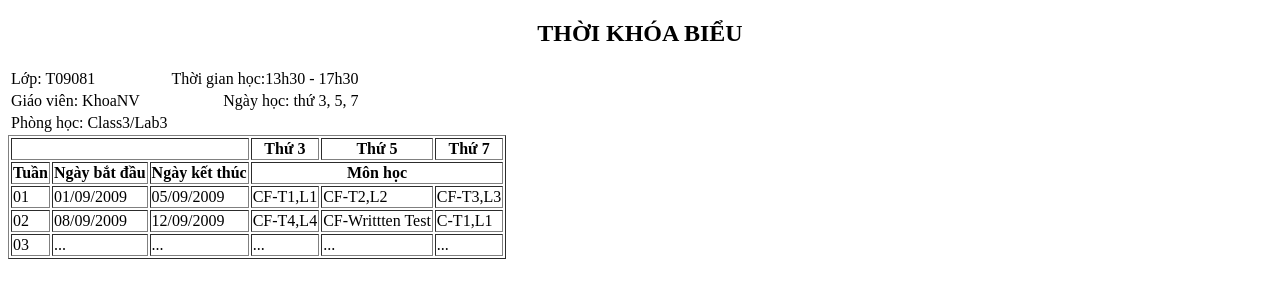
Repository: Lehuyhuynh/BT1-HTML
Page: index.html
An editor plug-in stored every save of this project. The page is shown before and after the next save, followed by the edit.
The browser window is 1280 px wide. The pictures show the whole page.

Above is the page before, as saved 2023-08-06 21:39:22.

### index.html
<!DOCTYPE html>
<html lang="en">
<head>
  <meta charset="UTF-8">
  <meta name="viewport" content="width=device-width, initial-scale=1.0">
  <title>THỜI KHÓA BIỂU</title>

  <style>

    h2{
      text-align: center;
    }
    #table1{
      text-align: center;
    }

  </style>

</head>
<body>

  <div >

    <div>
      <h2> THỜI KHÓA BIỂU</h2>
    </div>

    <div>
      <table id="table1">
          <tr>
              <td align="left">Lớp: T09081</td>
              <td align="right">Thời gian học:13h30 - 17h30</td>
          </tr>
          <tr>
              <td align="left">Giáo viên: KhoaNV</td>
              <td align="right">Ngày học: thứ 3, 5, 7 </td>
          </tr>
          <tr>
              <td align="left">Phòng học: Class3/Lab3</td>
          </tr>
      </table>
  </div>

    <div class="table2">
      <table border="1">
        <thead>

          <tr>
            <th colspan="3"></th>
            <th>Thứ 3</th>
            <th>Thứ 5</th>
            <th>Thứ 7</th>
          </tr>

          <tr>
            <th>Tuần</th>
            <th>Ngày bắt đầu</th>
            <th>Ngày kết thúc</th>
            <th colspan="3">Môn học</th>
          </tr>

        </thead>

        <tr>
          <td>01</td>
          <td>01/09/2009</td>
          <td>05/09/2009</td>
          <td>CF-T1,L1</td>
          <td>CF-T2,L2</td>
          <td>CF-T3,L3</td>
        </tr>

        <tr>
          <td>02</td>
          <td>08/09/2009</td>
          <td>12/09/2009</td>
          <td>CF-T4,L4</td>
          <td>CF-Writtten Test</td>
          <td>C-T1,L1</td>
        </tr>

        <tr>
          <td>03</td>
          <td>...</td>
          <td>...</td>
          <td>...</td>
          <td>...</td>
          <td>...</td>
        </tr>

      </table>
    </div>


  </div>

</body>
</html>

After the next save:
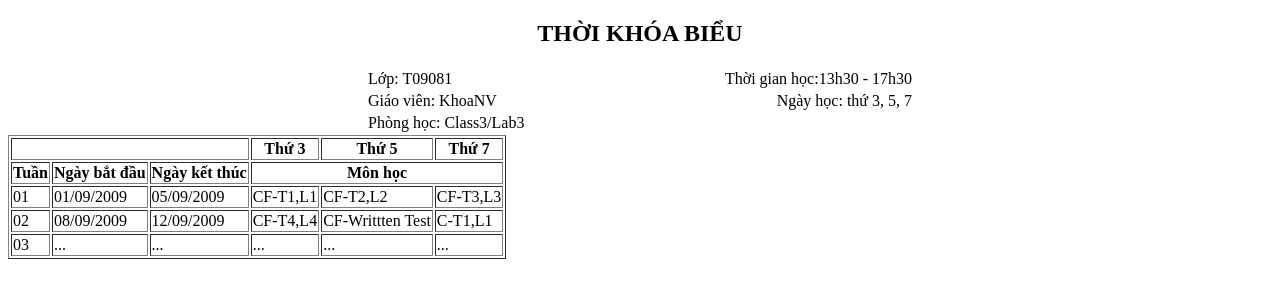
Saved 104 s later.
--- a/index.html
+++ b/index.html
@@ -11,7 +11,9 @@
       text-align: center;
     }
     #table1{
-      text-align: center;
+      width: 550px;
+    margin-left: auto;
+    margin-right: auto;
     }
 
   </style>
